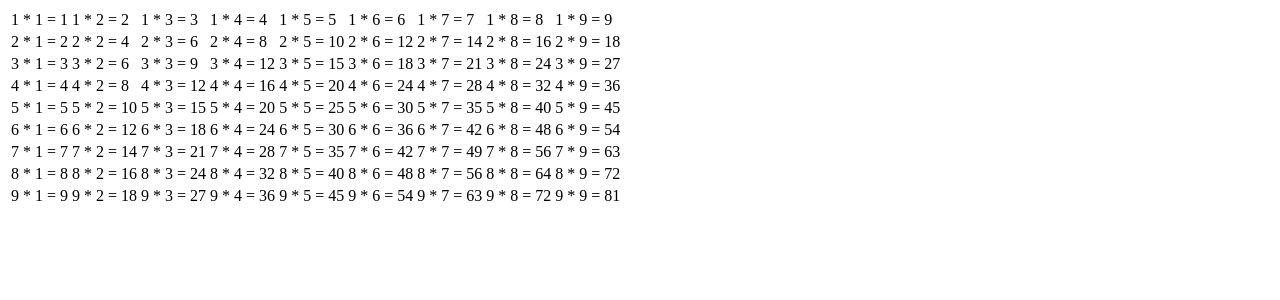
Repository: dhwngjs01/3-1_Spring_Server_Programming
Page: http://localhost/20230314_1to10/gugudan
The author's editor kept a copy of each file at every save. The page is drawn from the files as they stood at one save, then again after the next save.
The browser window is 1280 px wide. The pictures show the whole page.
The page is served by Tomcat 9. Other server files are loaded and not shown.

Above is the page before, as saved 2023-03-14 05:42:48.

### 20230314_1to10/src/main/webapp/WEB-INF/views/gugudan.jsp
<%@ taglib uri="http://java.sun.com/jsp/jstl/core" prefix="c" %>
<%@ page session="false" contentType="text/html; charset=utf-8" %>
<html>
<head>
	<title>1to10</title>
</head>
<body>
	<table>
		<tbody>
			<% for(int i = 1; i <= 9; i++){ %>
			<tr>
				<% for(int j = 1; j <= 9; j++){ %>
				<td><%= i %> * <%= j %> = <%= i*j %></td>
				<% } %>
			</tr>
			<% } %>

		</tbody>
	</table>
</body>
</html>

After the next save:
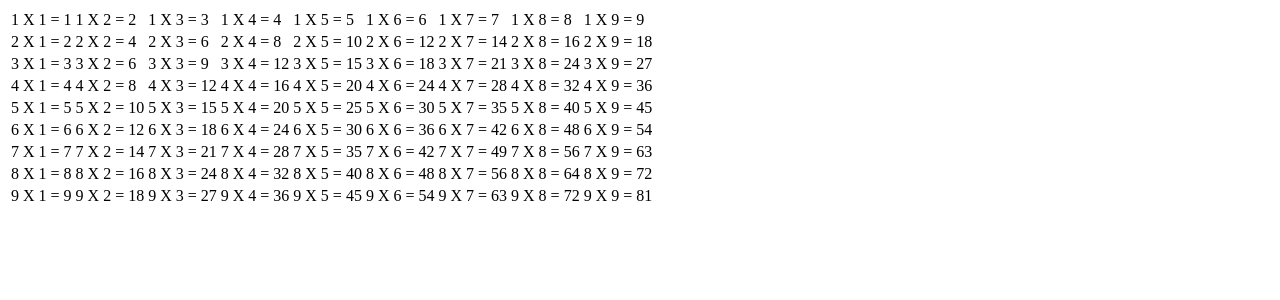
Saved 5 s later.
--- a/20230314_1to10/src/main/webapp/WEB-INF/views/gugudan.jsp
+++ b/20230314_1to10/src/main/webapp/WEB-INF/views/gugudan.jsp
@@ -10,7 +10,7 @@
 			<% for(int i = 1; i <= 9; i++){ %>
 			<tr>
 				<% for(int j = 1; j <= 9; j++){ %>
-				<td><%= i %> * <%= j %> = <%= i*j %></td>
+				<td><%= i %> X <%= j %> = <%= i*j %></td>
 				<% } %>
 			</tr>
 			<% } %>
